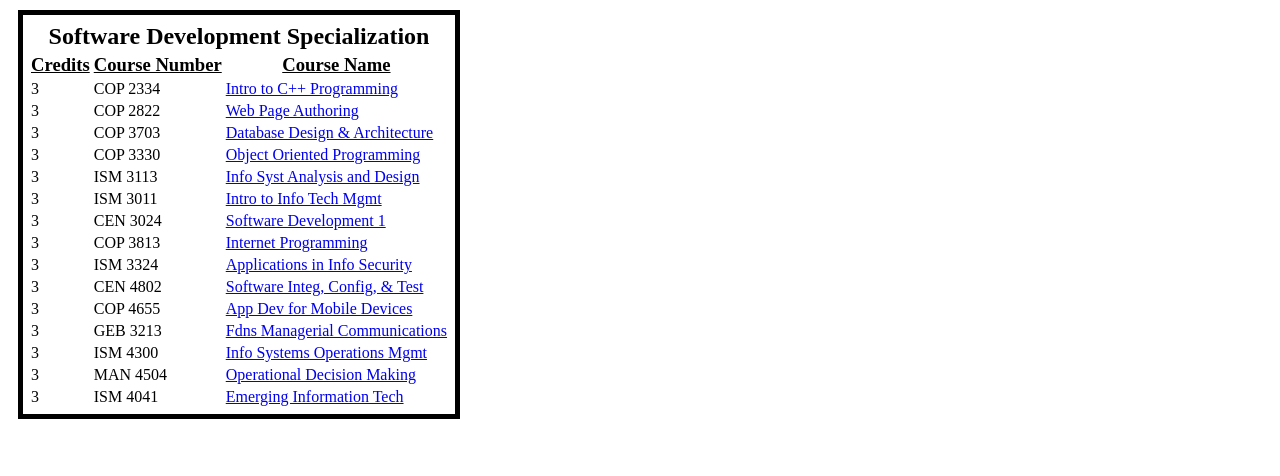
Repository: mlmEFSC21/P5-DegreeTableStyling
Page: FormattedProgramSpecialization1.html
These files come from the project's save history. The page is drawn as it stood at one moment and after the next save; the edit follows.
The browser window is 1280 px wide. The pictures show the whole page.

Above is the page before, as saved 2022-02-07 16:12:30.

After the next save:
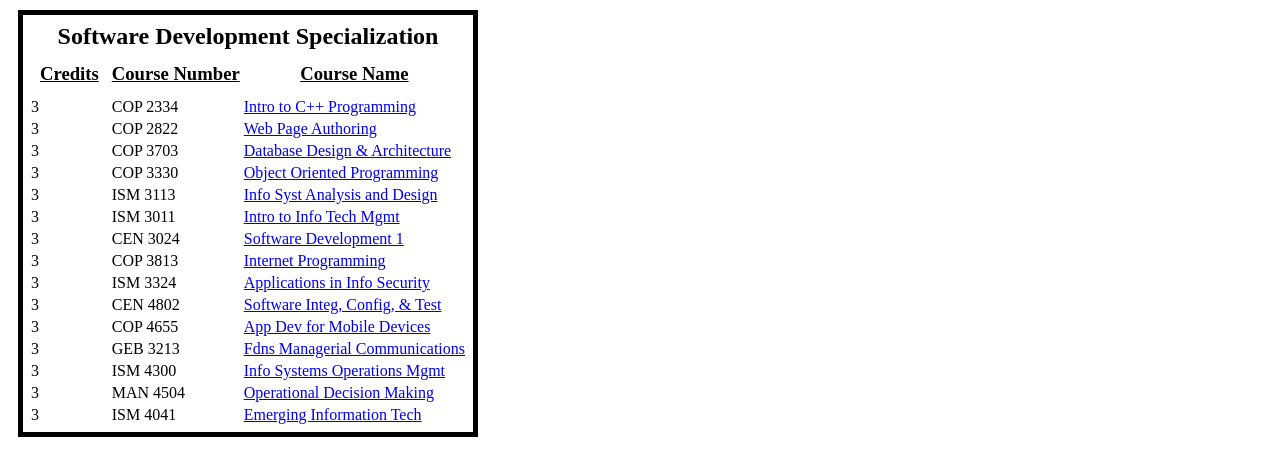
Saved 4 s later.
--- a/FormattedProgramSpecialization1.html
+++ b/FormattedProgramSpecialization1.html
@@ -21,7 +21,7 @@
                     </th>
                 </tr>
                 <tr style="font-size: 14pt; text-decoration: underline">
-                    <th>Credits</th>
+                    <th style="padding: 10px">Credits</th>
                     <th>Course Number</th>
                     <th>Course Name</th>
                 </tr>
